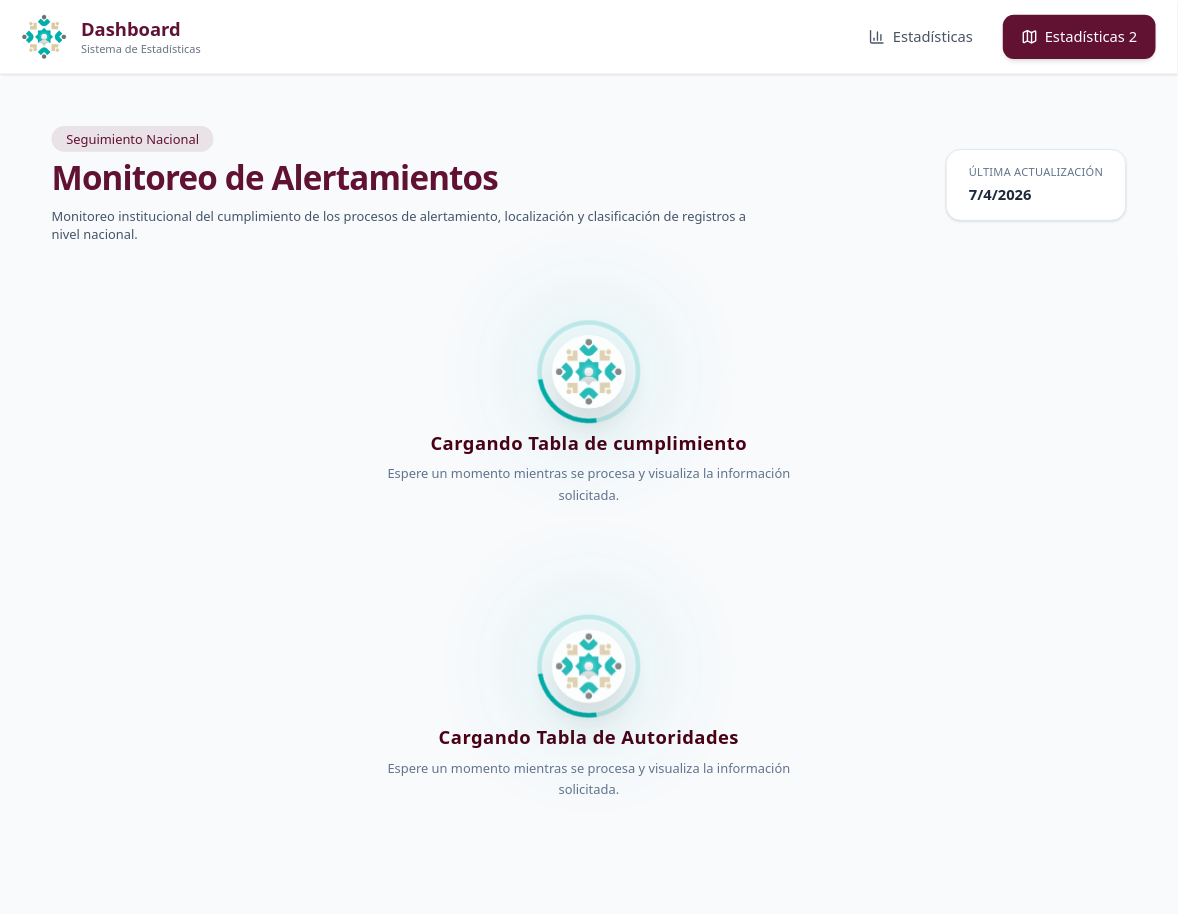
Repository: jesus890/semaforo-cinepolis
Page: /estadisticas-2
An editor plug-in stored every save of this project. The page is shown before and after the next save, followed by the edit.
The browser window is 1280 px wide. The pictures show the whole page, at 92% of full size.
The page's requests for data from a server got no answer. The project was rebuilt for these pictures with package versions that can differ from the ones it lists, and the page was loaded fresh each time. No one was signed in, and anything a server would have sent is missing. Also part of the build but not shown: vite.config.ts, src/components/Dashboard/Skeleton/SkeletonChart.tsx, src/components/Dashboard/matriz/AlertaMatriz.tsx, src/constants/colors.ts, src/components/Dashboard/charts/EdadChart.tsx, src/components/Dashboard/charts/EnfoqueChart.tsx, src/components/Dashboard/charts/SexoChart.tsx, src/pages/EstadisticaPage.tsx and 2 more.

Above is the page before, as saved 2026-06-05 16:20:42.

After the next save:
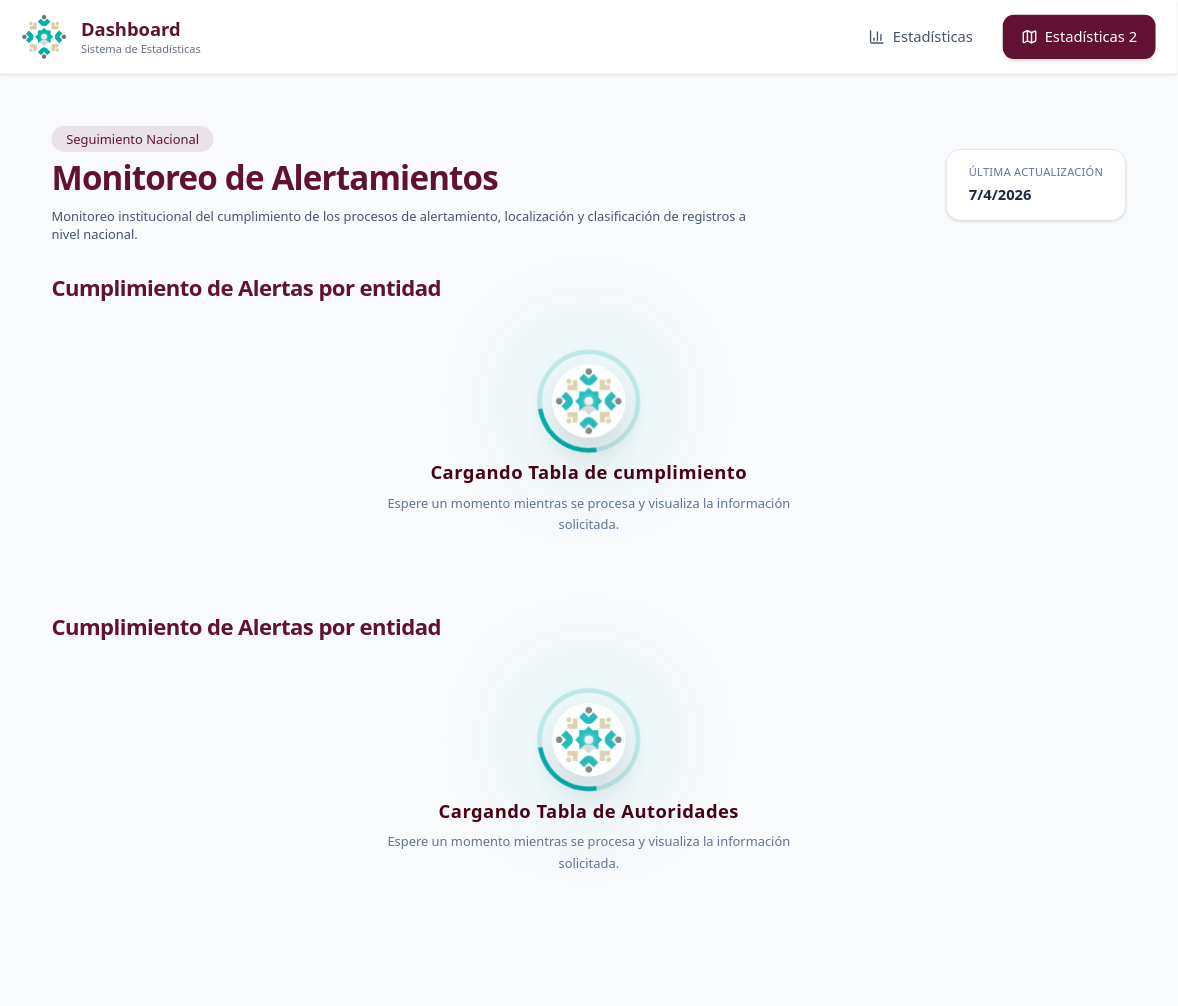
Saved 2 min 33 s later.
--- a/src/pages/EstadisticasDosPage.tsx
+++ b/src/pages/EstadisticasDosPage.tsx
@@ -99,38 +99,43 @@ export default function EstadisticasDosPage() {
 
                 </div>
 
-                <div>
+                <div className="my-5 space-y-4">
+                    <div>
+                        <h1 className="text-2xl font-bold tracking-tight text-[#611232]">
+                            Cumplimiento de Alertas por entidad
+                        </h1>
 
+                        {
+                            loadingTableCumplimiento ? (
+                                <LoaderStyled text="Cargando Tabla de cumplimiento" />
+                            ) : (
+                                <>
+                                    <CumplimientoTable rows={dataCumplimiento} /* onEstadoClick={handleEstadoClick} */ />
+                                </>
 
-                    {
-                        loadingTableCumplimiento ? (
-                            <LoaderStyled text="Cargando Tabla de cumplimiento" />
-                        ) : (
-                            <>
-                                <CumplimientoTable rows={dataCumplimiento} /* onEstadoClick={handleEstadoClick} */ />
-                            </>
+                            )
+                        }
 
-                        )
-                    }
+                    </div>
 
+                    <div>
+
+                        <h1 className="text-2xl font-bold tracking-tight text-[#611232]">
+                            Cumplimiento de Alertas por entidad
+                        </h1>
+
+                        {
+                            loadingTableAutoridades ? (
+                                <LoaderStyled text="Cargando Tabla de Autoridades" />
+                            ) : (
+                                <>
+                                    <AutoridadesTable rows={dataAutoridades} /* onEstadoClick={handleEstadoClick} */ />
+                                </>
+
+                            )
+                        }
+                    </div>
                 </div>
-
-                <div>
-
-                    {
-                        loadingTableAutoridades ? (
-                            <LoaderStyled text="Cargando Tabla de Autoridades" />
-                        ) : (
-                            <>
-                                <AutoridadesTable rows={dataAutoridades} /* onEstadoClick={handleEstadoClick} */ />
-                            </>
-
-                        )
-                    }
-                </div>
-
-
-
 
             </div>
         </>
